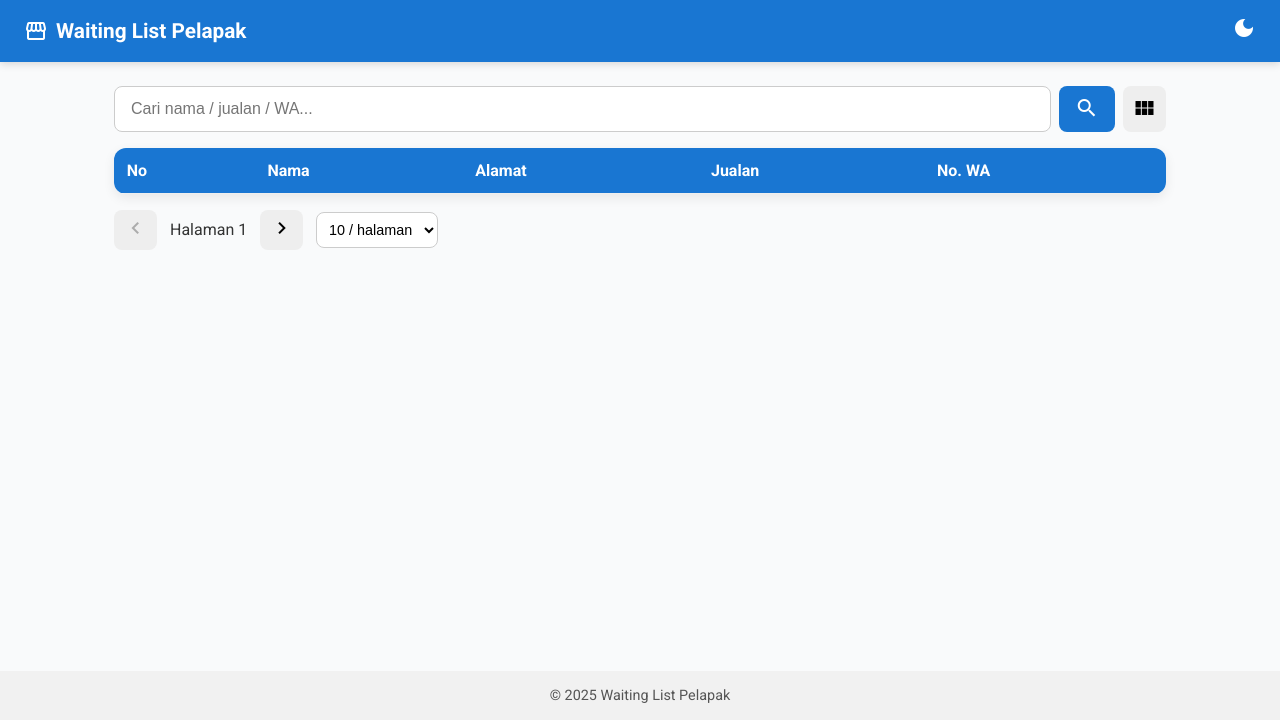
Repository: pasarrakyatbak/WaitingListforPanitia
Page: index.html
The author's editor kept a copy of each file at every save. The page is drawn from the files as they stood at one save, then again after the next save.
The browser window is 1280 px wide. The pictures show the whole page.
The page's requests for data from a server got no answer.

Above is the page before, as saved 2025-09-25 15:00:35.

### index.html
<!DOCTYPE html>
<html lang="id">

<head>
    <meta charset="UTF-8">
    <meta name="viewport" content="width=device-width, initial-scale=1.0">
    <title>Waiting List Pelapak</title>
    <link rel="stylesheet" href="style.css">

    <!-- Google Fonts & Material Icons -->
    <link href="https://fonts.googleapis.com/css2?family=Roboto:wght@400;500;700&display=swap" rel="stylesheet">
    <link href="https://fonts.googleapis.com/icon?family=Material+Icons" rel="stylesheet">
</head>

<body>
    <!-- Header -->
    <header class="app-bar">
        <h1><span class="material-icons">storefront</span> Waiting List Pelapak</h1>
        <button id="darkToggle" class="dark-toggle">
            <span class="material-icons" id="darkIcon">dark_mode</span>
        </button>
    </header>

    <!-- Main -->
    <main class="container">
        <!-- Search -->
        <div class="search-bar">
            <input type="text" id="searchInput" placeholder="Cari nama / jualan / WA...">
            <button id="searchBtn" class="btn-primary"><span class="material-icons">search</span></button>
            <button id="toggleViewBtn" class="btn-secondary">
                <span class="material-icons">view_module</span>
            </button>
        </div>

        <!-- Table View -->
        <div class="table-container" id="tableView">
            <div id="loadingSpinner" class="spinner hidden">
                <div class="loader"></div>
                <p>Sedang memuat data...</p>
            </div>
            <table>
                <thead>
                    <tr>
                        <th>No</th>
                        <th>Nama</th>
                        <th>Alamat</th>
                        <th>Jualan</th>
                        <th>No. WA</th>
                    </tr>
                </thead>
                <tbody id="tableBody">
                    <!-- Data via JS -->
                </tbody>
            </table>
        </div>

        <!-- Card View -->
        <div class="card-container hidden" id="cardView">
            <!-- Data via JS -->
        </div>

        <!-- Pagination -->
        <div class="pagination">
            <button id="prevBtn" class="btn-icon" disabled><span class="material-icons">chevron_left</span></button>
            <span id="pageInfo">Halaman 1</span>
            <button id="nextBtn" class="btn-icon"><span class="material-icons">chevron_right</span></button>

            <select id="limitSelect">
                <option value="10">10 / halaman</option>
                <option value="20">20 / halaman</option>
                <option value="50">50 / halaman</option>
            </select>
        </div>
    </main>

    <!-- Footer -->
    <footer class="footer">
        <p>© 2025 Waiting List Pelapak</p>
    </footer>

    <script src="script.js"></script>
</body>

</html>

### style.css
/* ========== GLOBAL ========== */
* {
    box-sizing: border-box;
    margin: 0;
    padding: 0;
}

body {
    font-family: 'Roboto', sans-serif;
    background: #f9fafb;
    color: #333;
    transition: background 0.3s ease, color 0.3s ease;
    display: flex;
    flex-direction: column;
    min-height: 100vh;
}

body.dark {
    background: #121212;
    color: #eee;
}

.hidden {
    display: none !important;
}

/* ========== HEADER ========== */
.app-bar {
    background: #1976d2;
    color: white;
    padding: 1rem 1.5rem;
    display: flex;
    align-items: center;
    justify-content: space-between;
    box-shadow: 0 2px 8px rgba(0, 0, 0, 0.15);
}

.app-bar h1 {
    font-size: 1.3rem;
    display: flex;
    align-items: center;
    gap: 0.5rem;
}

.dark-toggle {
    background: transparent;
    border: none;
    cursor: pointer;
    color: white;
    font-size: 1.5rem;
}

/* ========== CONTAINER ========== */
.container {
    flex: 1;
    padding: 1.5rem;
    max-width: 1100px;
    margin: auto;
    width: 100%;
}

/* Search Bar */
.search-bar {
    display: flex;
    gap: 0.5rem;
    margin-bottom: 1rem;
}

.search-bar input {
    flex: 1;
    padding: 0.6rem 1rem;
    border: 1px solid #ccc;
    border-radius: 8px;
    font-size: 1rem;
}

.btn-primary {
    background: #1976d2;
    color: white;
    border: none;
    padding: 0.6rem 1rem;
    border-radius: 8px;
    cursor: pointer;
    transition: background 0.3s;
}

.btn-primary:hover {
    background: #1565c0;
}

/* Secondary Button */
.btn-secondary {
    background: #eee;
    border: none;
    padding: 0.6rem;
    border-radius: 8px;
    cursor: pointer;
    transition: background 0.3s;
}

.btn-secondary:hover {
    background: #ddd;
}

body.dark .btn-secondary {
    background: #2a2a2a;
    color: #eee;
}

body.dark .btn-secondary:hover {
    background: #333;
}

/* Dark mode input */
body.dark .search-bar input {
    background: #1e1e1e;
    border: 1px solid #444;
    color: #eee;
}

/* ========== TABLE ========== */
.table-container {
    overflow-x: auto;
    background: white;
    border-radius: 12px;
    box-shadow: 0 4px 12px rgba(0, 0, 0, 0.08);
}

body.dark .table-container {
    background: #1e1e1e;
}

table {
    width: 100%;
    border-collapse: collapse;
}

thead {
    background: #1976d2;
    color: white;
}

th,
td {
    padding: 0.8rem;
    text-align: left;
    border-bottom: 1px solid #eee;
}

tbody tr:hover {
    background: rgba(25, 118, 210, 0.1);
}

body.dark tbody tr:hover {
    background: rgba(255, 255, 255, 0.05);
}

a {
    color: #1976d2;
    text-decoration: none;
}

a:hover {
    text-decoration: underline;
}

/* ========== CARD VIEW ========== */
.card-container {
    display: grid;
    grid-template-columns: repeat(auto-fill, minmax(260px, 1fr));
    gap: 1rem;
    margin-top: 1rem;
}

.card {
    background: white;
    border-radius: 12px;
    padding: 1rem;
    box-shadow: 0 4px 12px rgba(0, 0, 0, 0.08);
    transition: transform 0.2s, box-shadow 0.2s;
    display: flex;
    flex-direction: column;
    gap: 0.5rem;
}

.card:hover {
    transform: translateY(-4px);
    box-shadow: 0 8px 20px rgba(0, 0, 0, 0.12);
}

.card h3 {
    font-size: 1.1rem;
    color: #1976d2;
    margin-bottom: 0.3rem;
}

.card p {
    font-size: 0.9rem;
    color: #555;
}

.card a {
    margin-top: auto;
    background: #1976d2;
    color: white;
    padding: 0.4rem 0.6rem;
    text-align: center;
    border-radius: 8px;
    text-decoration: none;
    font-size: 0.9rem;
    transition: background 0.3s;
}

.card a:hover {
    background: #1565c0;
}

/* Dark Mode Card */
body.dark .card {
    background: #1e1e1e;
}

body.dark .card h3 {
    color: #90caf9;
}

body.dark .card p {
    color: #aaa;
}

body.dark .card a {
    background: #90caf9;
    color: #000;
}

body.dark .card a:hover {
    background: #64b5f6;
}

/* ========== PAGINATION ========== */
.pagination {
    margin-top: 1rem;
    display: flex;
    gap: 0.8rem;
    align-items: center;
    flex-wrap: wrap;
}

#limitSelect {
    padding: 0.5rem;
    border-radius: 8px;
    border: 1px solid #ccc;
    background: white;
    font-size: 0.9rem;
    cursor: pointer;
    transition: all 0.3s;
}

body.dark #limitSelect {
    background: #1e1e1e;
    color: #eee;
    border: 1px solid #444;
}

.btn-icon {
    background: #eee;
    border: none;
    border-radius: 8px;
    padding: 0.4rem 0.6rem;
    cursor: pointer;
    transition: background 0.3s;
}

.btn-icon:hover {
    background: #ddd;
}

body.dark .btn-icon {
    background: #2a2a2a;
    color: #eee;
}

body.dark .btn-icon:hover {
    background: #333;
}

/* ========== FOOTER ========== */
.footer {
    text-align: center;
    padding: 1rem;
    font-size: 0.9rem;
    background: #f1f1f1;
    color: #555;
}

body.dark .footer {
    background: #1a1a1a;
    color: #aaa;
}

/* ========== LOADING SPINNER ========== */
.spinner {
    display: flex;
    flex-direction: column;
    align-items: center;
    justify-content: center;
    padding: 2rem;
    text-align: center;
}

.loader {
    border: 4px solid #e0e0e0;
    border-top: 4px solid #1976d2;
    border-radius: 50%;
    width: 40px;
    height: 40px;
    animation: spin 1s linear infinite;
    margin-bottom: 0.8rem;
}

@keyframes spin {
    0% {
        transform: rotate(0deg);
    }

    100% {
        transform: rotate(360deg);
    }
}

body.dark .loader {
    border: 4px solid #444;
    border-top: 4px solid #90caf9;
}

.spinner p {
    font-size: 0.9rem;
    color: #555;
}

body.dark .spinner p {
    color: #aaa;
}

/* ========== RESPONSIVE ========== */
@media (max-width: 768px) {

    th,
    td {
        font-size: 0.85rem;
        padding: 0.6rem;
    }

    .app-bar h1 {
        font-size: 1rem;
    }
}

### script.js
// Ganti URL_API dengan Web App Google Apps Script kamu
const URL_API = "https://script.google.com/macros/s/AKfycby4z2qZ24SrJkcyGpybH29lSUC_3_z1LG-7wSmTzpaOEXrwjXf0Cl3hqkg95qAxPj1-/exec";

let currentPage = 1;
let limit = localStorage.getItem("limit") || 10;
let currentKeyword = "";
let isCardView = false;

// Saat DOM siap
document.addEventListener("DOMContentLoaded", () => {
    document.getElementById("limitSelect").value = limit;

    // Cek preferensi view di localStorage
    if (localStorage.getItem("viewMode")) {
        isCardView = localStorage.getItem("viewMode") === "card";
    } else {
        // Kalau belum ada, cek ukuran layar
        isCardView = window.innerWidth < 768;
    }
    setViewMode(isCardView);

    loadData();

    // Search
    document.getElementById("searchBtn").addEventListener("click", () => {
        currentKeyword = document.getElementById("searchInput").value.trim();
        currentPage = 1;
        loadData();
    });

    // Prev Next
    document.getElementById("prevBtn").addEventListener("click", () => {
        if (currentPage > 1) {
            currentPage--;
            loadData();
        }
    });

    document.getElementById("nextBtn").addEventListener("click", () => {
        currentPage++;
        loadData();
    });

    // Ubah limit
    document.getElementById("limitSelect").addEventListener("change", (e) => {
        limit = e.target.value;
        localStorage.setItem("limit", limit);
        currentPage = 1;
        loadData();
    });

    // Dark mode toggle
    const darkToggle = document.getElementById("darkToggle");
    const darkIcon = document.getElementById("darkIcon");
    darkToggle.addEventListener("click", () => {
        document.body.classList.toggle("dark");
        if (document.body.classList.contains("dark")) {
            darkIcon.textContent = "light_mode";
            localStorage.setItem("theme", "dark");
        } else {
            darkIcon.textContent = "dark_mode";
            localStorage.setItem("theme", "light");
        }
    });

    // Load saved theme
    if (localStorage.getItem("theme") === "dark") {
        document.body.classList.add("dark");
        darkIcon.textContent = "light_mode";
    }

    // Toggle view manual
    document.getElementById("toggleViewBtn").addEventListener("click", () => {
        isCardView = !isCardView;
        localStorage.setItem("viewMode", isCardView ? "card" : "table");
        setViewMode(isCardView);
        loadData();
    });
});

function setViewMode(cardMode) {
    document.getElementById("tableView").classList.toggle("hidden", cardMode);
    document.getElementById("cardView").classList.toggle("hidden", !cardMode);

    document.querySelector("#toggleViewBtn span").textContent =
        cardMode ? "table_chart" : "view_module";
}

function showSpinner() {
    document.getElementById("loadingSpinner").classList.remove("hidden");
}
function hideSpinner() {
    document.getElementById("loadingSpinner").classList.add("hidden");
}

async function loadData() {
    let url = currentKeyword
        ? `${URL_API}?action=searchWaitingList&keyword=${encodeURIComponent(currentKeyword)}&page=${currentPage}&limit=${limit}`
        : `${URL_API}?action=waitingList&page=${currentPage}&limit=${limit}`;

    try {
        showSpinner();
        const res = await fetch(url);
        const json = await res.json();

        if (isCardView) {
            renderCardView(json.data);
        } else {
            renderTable(json.data);
        }

        updatePagination(json.page, json.totalPages);
    } catch (err) {
        console.error("Error fetch data:", err);
    } finally {
        hideSpinner();
    }
}

function renderTable(data) {
    const tbody = document.getElementById("tableBody");
    tbody.innerHTML = "";

    if (!data || data.length === 0) {
        tbody.innerHTML = `<tr><td colspan="5" style="text-align:center;">Tidak ada data</td></tr>`;
        return;
    }

    data.forEach(item => {
        const row = `
      <tr>
        <td>${item.no}</td>
        <td>${item.nama}</td>
        <td>${item.alamat}</td>
        <td>${item.jualan}</td>
        <td><a href="https://wa.me/${item.nomor_wa}" target="_blank">${item.nomor_wa}</a></td>
      </tr>
    `;
        tbody.innerHTML += row;
    });
}

function renderCardView(data) {
    const container = document.getElementById("cardView");
    container.innerHTML = "";

    if (!data || data.length === 0) {
        container.innerHTML = `<p style="grid-column:1/-1; text-align:center;">Tidak ada data</p>`;
        return;
    }

    data.forEach(item => {
        const card = `
      <div class="card">
        <h3>${item.no}. ${item.nama}</h3>
        <p><strong>Alamat:</strong> ${item.alamat}</p>
        <p><strong>Jualan:</strong> ${item.jualan}</p>
        <a href="https://wa.me/${item.nomor_wa}" target="_blank">
          <span class="material-icons" style="vertical-align:middle;">chat</span> Hubungi
        </a>
      </div>
    `;
        container.innerHTML += card;
    });
}

function updatePagination(page, totalPages) {
    document.getElementById("pageInfo").textContent = `Halaman ${page} dari ${totalPages}`;
    document.getElementById("prevBtn").disabled = page <= 1;
    document.getElementById("nextBtn").disabled = page >= totalPages;
}

After the next save:
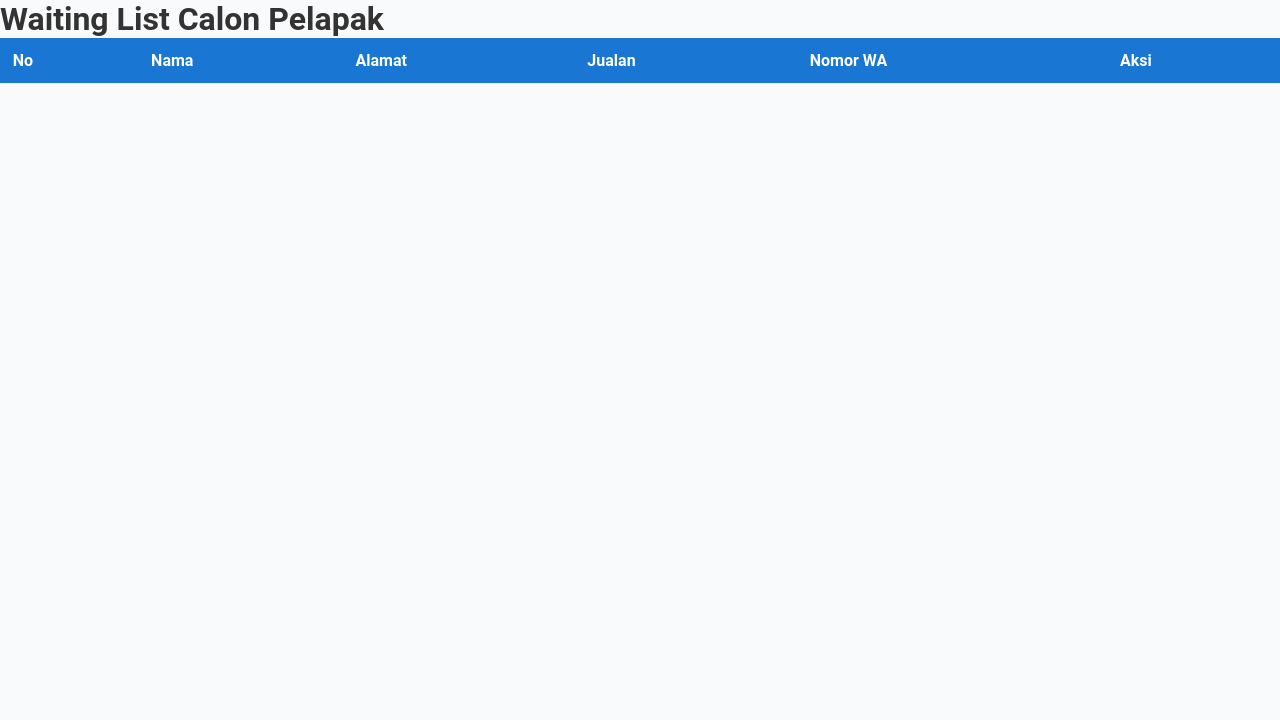
Console error: TypeError: Cannot set properties of null (setting 'value')
Saved 15 min 12 s later.
--- a/index.html
+++ b/index.html
@@ -4,79 +4,53 @@
 <head>
     <meta charset="UTF-8">
     <meta name="viewport" content="width=device-width, initial-scale=1.0">
-    <title>Waiting List Pelapak</title>
+    <title>Waiting List</title>
+    <link href="https://fonts.googleapis.com/icon?family=Material+Icons" rel="stylesheet">
     <link rel="stylesheet" href="style.css">
-
-    <!-- Google Fonts & Material Icons -->
-    <link href="https://fonts.googleapis.com/css2?family=Roboto:wght@400;500;700&display=swap" rel="stylesheet">
-    <link href="https://fonts.googleapis.com/icon?family=Material+Icons" rel="stylesheet">
 </head>
 
 <body>
-    <!-- Header -->
-    <header class="app-bar">
-        <h1><span class="material-icons">storefront</span> Waiting List Pelapak</h1>
-        <button id="darkToggle" class="dark-toggle">
-            <span class="material-icons" id="darkIcon">dark_mode</span>
-        </button>
+    <header>
+        <h1>Waiting List Calon Pelapak</h1>
     </header>
 
-    <!-- Main -->
-    <main class="container">
-        <!-- Search -->
-        <div class="search-bar">
-            <input type="text" id="searchInput" placeholder="Cari nama / jualan / WA...">
-            <button id="searchBtn" class="btn-primary"><span class="material-icons">search</span></button>
-            <button id="toggleViewBtn" class="btn-secondary">
-                <span class="material-icons">view_module</span>
-            </button>
-        </div>
-
+    <main>
         <!-- Table View -->
-        <div class="table-container" id="tableView">
-            <div id="loadingSpinner" class="spinner hidden">
-                <div class="loader"></div>
-                <p>Sedang memuat data...</p>
-            </div>
-            <table>
-                <thead>
-                    <tr>
-                        <th>No</th>
-                        <th>Nama</th>
-                        <th>Alamat</th>
-                        <th>Jualan</th>
-                        <th>No. WA</th>
-                    </tr>
-                </thead>
-                <tbody id="tableBody">
-                    <!-- Data via JS -->
-                </tbody>
-            </table>
-        </div>
+        <table>
+            <thead>
+                <tr>
+                    <th>No</th>
+                    <th>Nama</th>
+                    <th>Alamat</th>
+                    <th>Jualan</th>
+                    <th>Nomor WA</th>
+                    <th>Aksi</th>
+                </tr>
+            </thead>
+            <tbody id="tableBody"></tbody>
+        </table>
 
         <!-- Card View -->
-        <div class="card-container hidden" id="cardView">
-            <!-- Data via JS -->
-        </div>
-
-        <!-- Pagination -->
-        <div class="pagination">
-            <button id="prevBtn" class="btn-icon" disabled><span class="material-icons">chevron_left</span></button>
-            <span id="pageInfo">Halaman 1</span>
-            <button id="nextBtn" class="btn-icon"><span class="material-icons">chevron_right</span></button>
-
-            <select id="limitSelect">
-                <option value="10">10 / halaman</option>
-                <option value="20">20 / halaman</option>
-                <option value="50">50 / halaman</option>
-            </select>
-        </div>
+        <section id="cardView" class="card-container"></section>
     </main>
 
-    <!-- Footer -->
-    <footer class="footer">
-        <p>© 2025 Waiting List Pelapak</p>
-    </footer>
+    <!-- Modal Konfirmasi -->
+    <div id="modal" class="modal hidden">
+        <div class="modal-content">
+            <h3 id="modalTitle"></h3>
+            <p id="modalMessage"></p>
+            <div class="modal-actions">
+                <button id="cancelBtn" class="btn-secondary">Batal</button>
+                <button id="confirmBtn" class="btn-primary">Ya</button>
+            </div>
+        </div>
+    </div>
+
+    <!-- Toast Notification -->
+    <div id="toast" class="toast hidden">
+        <span id="toastMessage"></span>
+        <button id="toastClose">&times;</button>
+    </div>
 
     <script src="script.js"></script>
 </body>
